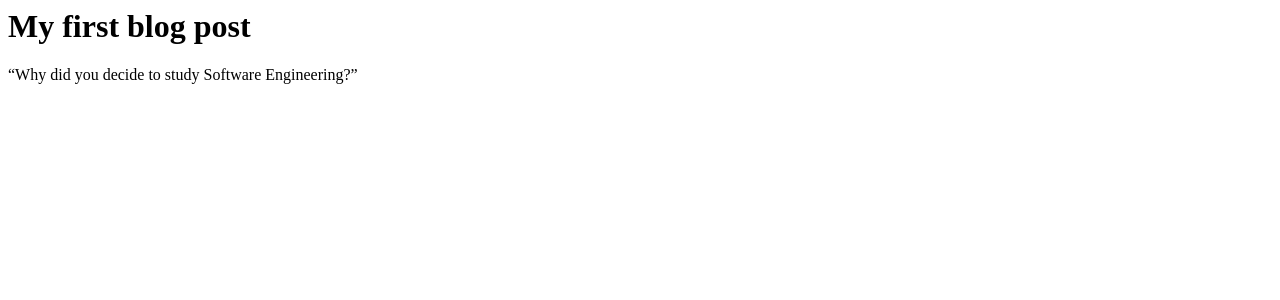
Repository: alicjasapieja/example-repository
Page: My-First-Blog-Post/blog_post.html
An editor plug-in stored every save of this project. The page is shown before and after the next save, followed by the edit.
The browser window is 1280 px wide. The pictures show the whole page.

Above is the page before, as saved 2022-05-11 12:49:55.

### My-First-Blog-Post/blog_post.html
<html lang="en">
<title>Alicja Sapieja's First Blog Post</title>
<h1>My first blog post</h1>
<p>“Why did you decide to study Software Engineering?”</p>

After the next save:
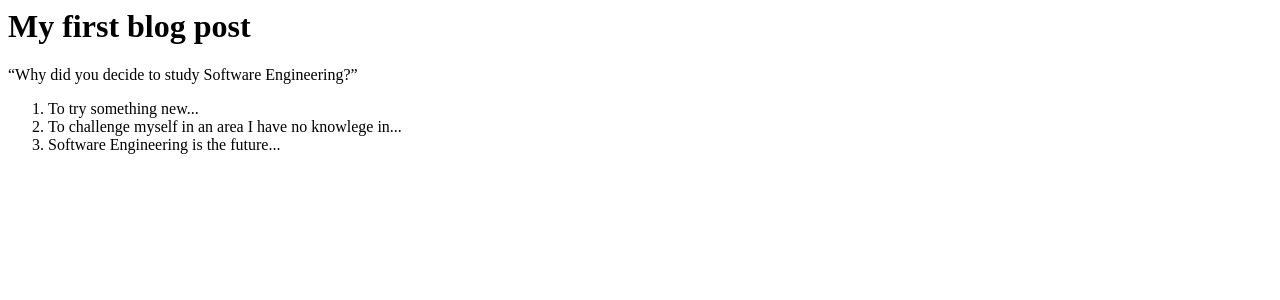
Saved 7 min 52 s later.
--- a/My-First-Blog-Post/blog_post.html
+++ b/My-First-Blog-Post/blog_post.html
@@ -2,3 +2,8 @@
 <title>Alicja Sapieja's First Blog Post</title>
 <h1>My first blog post</h1>
 <p>“Why did you decide to study Software Engineering?”</p>
+<ol>
+    <li>To try something new...</li>
+    <li>To challenge myself in an area I have no knowlege in...</li>
+    <li>Software Engineering is the future...</li>
+    </ol>
